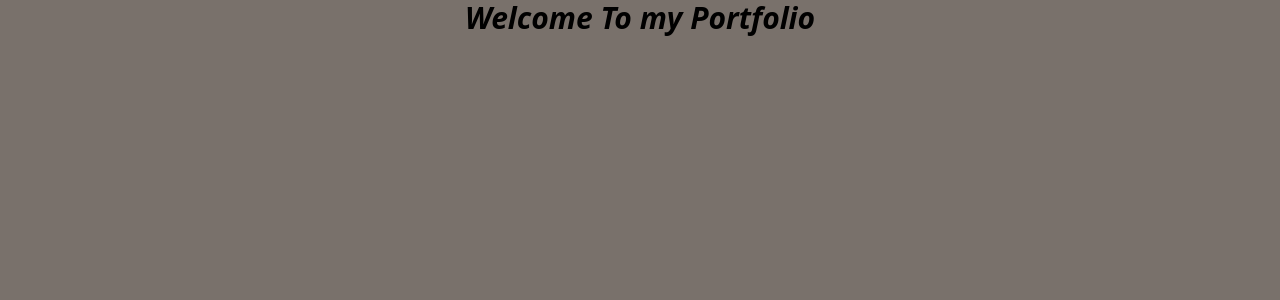
Repository: abhaysharma20233009/portfolio
Page: /
An editor plug-in stored every save of this project. The page is shown before and after the next save, followed by the edit.
The browser window is 1280 px wide. The pictures show the whole page.
The project was rebuilt for these pictures with package versions that can differ from the ones it lists, and the page was loaded fresh each time. Also part of the build but not shown: vite.config.js, src/App.css.

Above is the page before, as saved 2025-05-20 17:07:13.

After the next save:
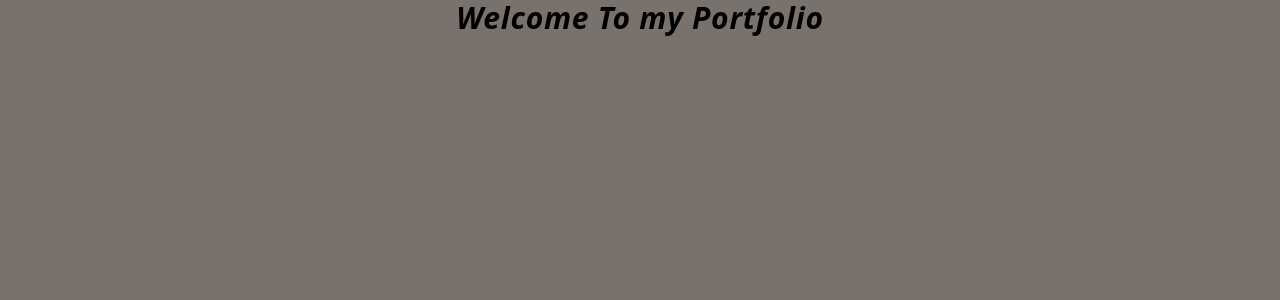
Saved 28 s later.
--- a/src/App.jsx
+++ b/src/App.jsx
@@ -8,7 +8,7 @@ function App() {
   return (
     <>
      <div className="h-screen w-full text-3xl bg-stone-500">
-  <h1 className='text-center text-shadow-fuchsia-600 text-blue-950 text-3xl mix-blend-color-burn font-bold italic '>Welcome To my Portfolio</h1>
+  <h1 className='text-center text-shadow-fuchsia-600 text-blue-950 text-3xl mix-blend-color-burn font-bold italic tracking-wide'>Welcome To my Portfolio</h1>
         </div>
 
     </>
